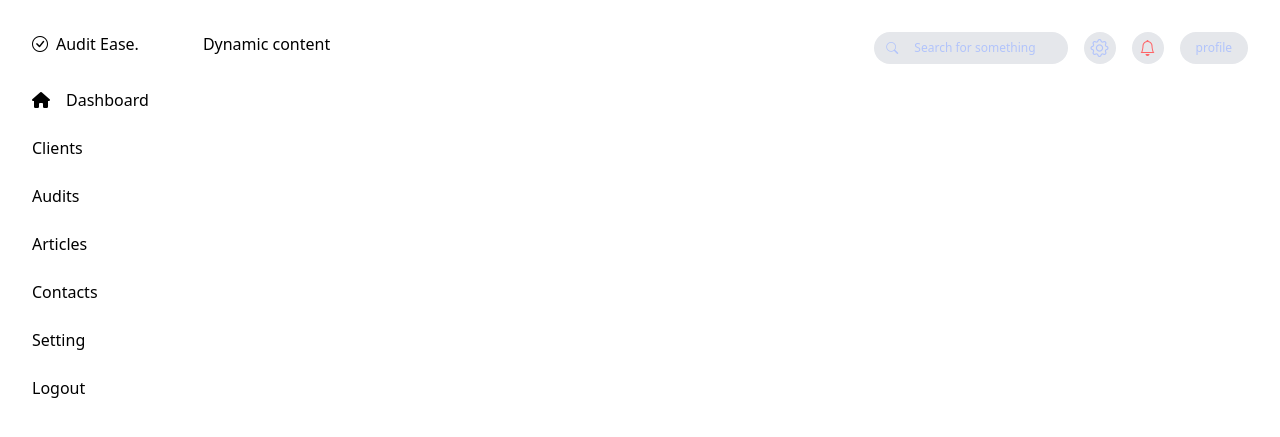
Repository: EclipticCode/Audit-Ease-FE
Page: /
The author's editor kept a copy of each file at every save. The page is drawn from the files as they stood at one save, then again after the next save.
The browser window is 1280 px wide. The pictures show the whole page.
Some web libraries are served in a nearby version. The project was rebuilt for these pictures with package versions that can differ from the ones it lists, and the page was loaded fresh each time. Also part of the build but not shown: vite.config.js, Login.jsx, src/Navbar.jsx.

Above is the page before, as saved 2025-03-27 21:28:15.

### index.html
<!doctype html>
<html lang="en">
  <head>
    <meta charset="UTF-8" />
    <link rel="icon" type="image/svg+xml" href="" />
    <meta name="viewport" content="width=device-width, initial-scale=1.0" />
    <title>Audit Ease</title>
     <!-- Bootstrap Icon link-->
     <link
     rel="stylesheet"
     href="https://cdn.jsdelivr.net/npm/bootstrap-icons@1.11.3/font/bootstrap-icons.min.css"
   />
    <!-- Font awesome CDN -->
    <link rel="stylesheet" href="https://cdnjs.cloudflare.com/ajax/libs/font-awesome/6.6.0/css/all.min.css">
  </head>
  <body>
    <div id="root"></div>
    <script type="module" src="/src/main.jsx"></script>
  </body>
</html>

### src/main.jsx
import React from "react";
import ReactDOM from "react-dom/client";
import App from "./App";
import "./index.css"; // Ensure Tailwind styles are imported

ReactDOM.createRoot(document.getElementById("root")).render(
  <React.StrictMode>
    <App />
  </React.StrictMode>
);

### src/App.jsx
import React from 'react'
import Login from '../Login'
import Navbar from './Navbar'
import NavandSideBar from './NavandSideBar'

const App = () => {
  return (
   <div>
      <NavandSideBar/>
   </div>
  )
}

export default App

### src/index.css
@import url('https://fonts.googleapis.com/css2?family=Roboto:ital,wght@0,100..900;1,100..900&display=swap');

@import "tailwindcss";

@theme {
  --font-roboto: "Roboto", sans-serif;
  --font-weight-light: 300;
  --font-weight-normal: 400;
  --font-weight-medium: 500;
  --font-weight-semibold: 600;
  --font-weight-bold: 700;
  --color-soft-primary: #B2C4FB;
  --color-light-primary: #053ADA;
  --color-dark-primary: #032691;
  --color-deep-primary: #021655;
  --color-soft-secondary: #FFFFFF;
  --color-light-secondary: #B1B1B1;
  --color-dark-secondary: #263238;
  --color-deep-secondary: #000000;

}

### src/NavandSideBar.jsx
import React from 'react'

const NavandSideBar = () => {
  return (
    <div className='m-8'>
        <div className='flex flex-row justify-between'>
            <div className='flex'>
            <span><i className="bi bi-check-circle pr-2"></i></span>
            <div>Audit Ease.</div>
            <div className='ml-16'>Dynamic content</div>
            </div>
            <div className='flex space-x-4'>
            <div className="bg-gray-200 flex items-center justify-center rounded-full text-xs pl-3 pr-8 py-4 w-auto h-4 text-soft-primary">
              <span><i className="bi bi-search pr-4"></i></span> <span>Search for something</span>
            </div>
            <div className="bg-gray-200 flex items-center justify-center rounded-full text-lg p-4 w-8 h-4  text-soft-primary"><i className="bi bi-gear"></i></div>
            <div className="bg-gray-200 flex items-center justify-center rounded-full text-md p-4 w-8 h-4 text-red-400"><i className="bi bi-bell"></i></div>
            <div className="bg-gray-200 flex items-center justify-center rounded-full text-xs p-4 w-auto h-4 text-soft-primary">profile</div>
            </div>
        </div>
        <div className='flex flex-col mt-6'>
            <div className='mb-6'><span><i className="fa-solid fa-house mr-4"></i></span>Dashboard</div>
            <div className='mb-6'>Clients</div>
            <div className='mb-6'>Audits</div>
            <div className='mb-6'>Articles</div>
            <div className='mb-6'>Contacts</div>
            <div className='mb-6'>Setting</div>
            <div className='mb-6'>Logout</div>
        </div>
    </div>
  )
}

export default NavandSideBar

After the next save:
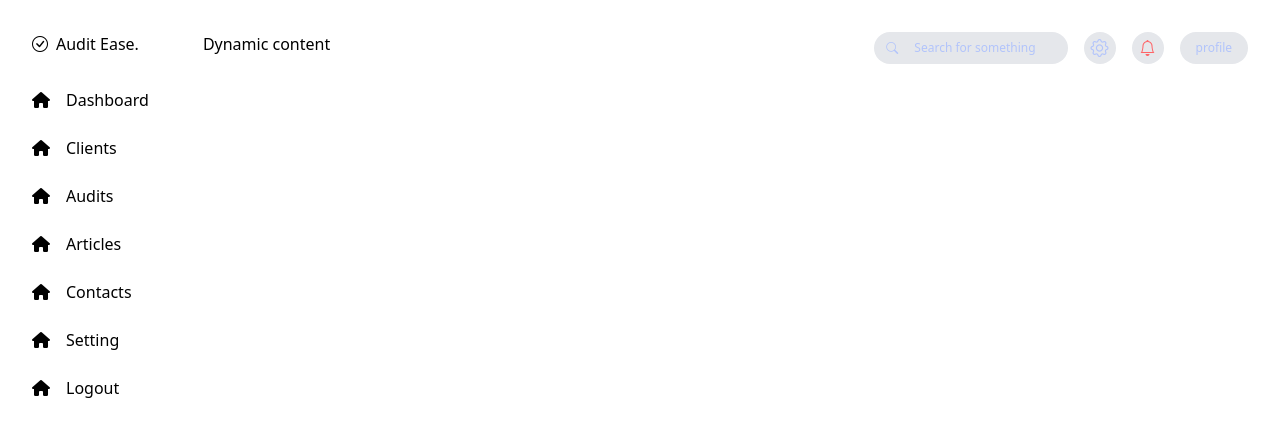
Saved 8 s later.
--- a/src/NavandSideBar.jsx
+++ b/src/NavandSideBar.jsx
@@ -20,12 +20,12 @@ const NavandSideBar = () => {
         </div>
         <div className='flex flex-col mt-6'>
             <div className='mb-6'><span><i className="fa-solid fa-house mr-4"></i></span>Dashboard</div>
-            <div className='mb-6'>Clients</div>
-            <div className='mb-6'>Audits</div>
-            <div className='mb-6'>Articles</div>
-            <div className='mb-6'>Contacts</div>
-            <div className='mb-6'>Setting</div>
-            <div className='mb-6'>Logout</div>
+            <div className='mb-6'><span><i className="fa-solid fa-house mr-4"></i></span>Clients</div>
+            <div className='mb-6'><span><i className="fa-solid fa-house mr-4"></i></span>Audits</div>
+            <div className='mb-6'><span><i className="fa-solid fa-house mr-4"></i></span>Articles</div>
+            <div className='mb-6'><span><i className="fa-solid fa-house mr-4"></i></span>Contacts</div>
+            <div className='mb-6'><span><i className="fa-solid fa-house mr-4"></i></span>Setting</div>
+            <div className='mb-6'><span><i className="fa-solid fa-house mr-4"></i></span>Logout</div>
         </div>
     </div>
   )
